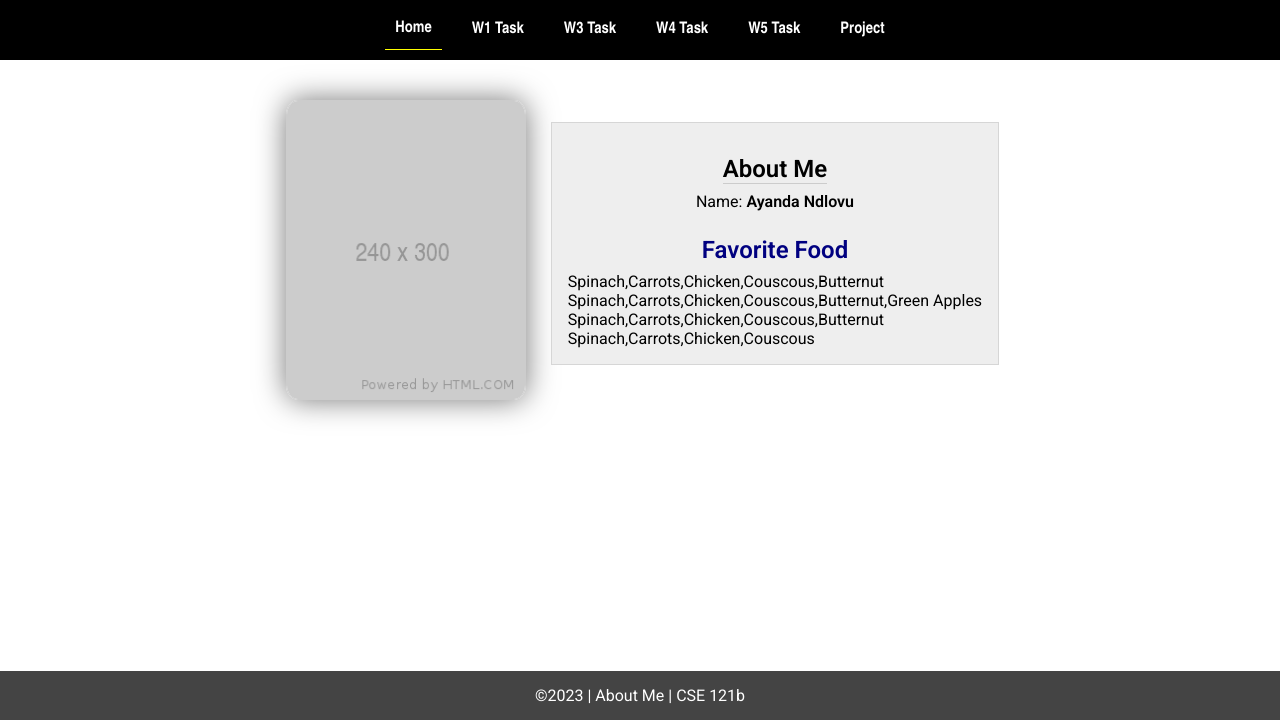
Repository: mszakutumela/cse121b
Page: index.html
An editor plug-in stored every save of this project. The page is shown before and after the next save, followed by the edit.
The browser window is 1280 px wide. The pictures show the whole page.

Above is the page before, as saved 2023-10-07 15:26:24.

### index.html
<!DOCTYPE html>
<html lang="en">

<head>
  <meta charset="UTF-8">
  <meta name="viewport" content="width=device-width, initial-scale=1.0">
  <title>About Me | CSE 121b | W02: Programming Tasks</title>
  <link rel="preconnect" href="https://fonts.googleapis.com">
  <link rel="preconnect" href="https://fonts.gstatic.com" crossorigin>
  <link href="https://fonts.googleapis.com/css2?family=Roboto:wght@400;600&display=swap"
    rel="stylesheet">
  <link rel="stylesheet" href="styles/main.css">
</head>

<body>
  <nav>
    <ul id="menu">
      <li><a id="toggleMenu">&equiv;</a></li>
      <li><a href="index.html" class="active">Home</a></li>
      <li><a href="w01-task.html">W1 Task</a></li>
      <li><a href="w03-task.html">W3 Task</a></li>
      <li><a href="w04-task.html">W4 Task</a></li>
      <li><a href="w05-task.html">W5 Task</a></li>
      <li><a href="project.html">Project</a></li>
    </ul>
  </nav>
  <main id="home">
    <picture>
      <!-- <img src="images/20221109_183304.jpg" alt="Image_of_Me"> you must not change anything in this document-->
      <img src="images/placeholder.png" alt="Placeholder Image">
    </picture>
    <section>
      <h1>About Me</h1>
      <div class="info">Name: <span id="name"></span></div>
      <h2>Favorite Food</h2>
      <div class="block" id="food"></div>
    </section>
  </main>
  <footer>
    &copy;<span id="year"></span> | About Me | CSE 121b
  </footer>
  <script src="scripts/main.js"></script>
  <script src="scripts/w02-task.js"></script>
</body>

</html>

### styles/main.css
/* Universal Selector */
* {
    margin: 0;
    padding: 0;
    box-sizing: border-box;
}

/* HTML Selectors */
body {
    font-family: 'Roboto', Helvetica, sans-serif;
}

nav {
    background-color: black;
    width: 100%;
    position: fixed;
    top: 0;
}

nav ul {
    display: flex;
    flex-direction: column;
    align-items: center;
    max-width: -moz-fit-content;
    max-width: fit-content;
    margin: 0 auto;
}

nav ul li {
    flex: 1 1 auto;
}

nav ul li:first-child {
    display: block;
    font-size: 2rem;
}

nav ul li:first-child a {
    padding: 1px 10px;
}

nav ul li {
    display: none;
    list-style: none;
    margin: 10px;
}

nav ul li a {
    display: block;
    padding: 10px;
    text-decoration: none;
    font-weight: 600;
    color: white;
    text-align: center;
    font-family: 'Arial Narrow', Arial, sans-serif;
}

nav ul li a:hover {
    background-color: #efefef;
    color: black;
}

h1,
h2 {
    text-align: center;
    margin: 1rem 0 .5rem;
}

h1 {
    border-bottom: 1px solid #ccc;
}

#gridly h1 {
    margin-top: 80px;
}

h2 {
    font-size: 1.5rem;
    color: navy;
    text-align: center;
    margin-top: 25px;
}

h3 {
    font-size: 1.3rem;
    margin-bottom: 1rem;
}

header {
    margin-top: 70px;
}

picture {
    margin: 0 auto;
}

picture img {
    width: 240px;
    height: auto;
    border-radius: 5%;
    border: 1px solid #ccc;
    box-shadow: 0 0 30px #777;
}

section {
    display: flex;
    flex-direction: column;
    align-items: center;
    margin: 0 auto 1rem;
    border: 1px solid rgba(0, 0, 0, .1);
    padding: 1rem;
    background-color: #eee;
}

article {
    margin-bottom: 1rem;
}

article div {
    margin-bottom: .5rem;
    text-align: right;
}

label {
    padding: .35rem;
}

input {
    padding: .35rem;
}

input[type="button"] {
    padding: .5rem;
    background-color: #444;
    color: white;
    border: none;
    border-radius: 5px;
    cursor: pointer;
    width: 100%
}

input[type="checkbox"] {
    width: 25px;
    height: 25px;
}

dt {
    font-weight: 700;
}

dt::before {
    content: "🏘️ ";
}

dd {
    margin: 0 0 .5rem 2rem;
    font-size: smaller;
}

footer {
    background-color: #444;
    color: white;
    padding: 15px;
    text-align: center;
    width: 100%;
    position: fixed;
    bottom: 0;
}

/* Class Selectors */
.active {
    border-bottom: 1px solid yellow;
}

.open li {
    display: block;
}

.block {
    display: block;
}

.larger {
    font-size: larger;
    color: red;
}

.right {
    width: 100%;
    text-align: right;
}

.middle {
    display: flex;
    align-items: center;
    justify-content: right;
    gap: 1rem;
}

/* ID Selectors */

#home {
    margin-top: 125px;
    display: grid;
    grid-template-columns: 1fr;
    grid-gap: 20px;
    align-items: center;
    justify-content: center;
}


#section1 {
    background-color: rgb(225, 250, 225, .5);
}

#section2 {
    background-color: rgba(200, 200, 250, 0.5);

}

#section2 div {
    margin-bottom: 1rem;
}

#section3 {
    background-color: rgb(250, 225, 250, .5);
}

#sortBy {
    appearance: none;
    display: flex;
    padding: .5rem;
    background-color: #eee;
    color: #444;
    font-weight: 700;
    margin: 1rem auto;
    width: 200px;
    border: 1px solid rgba(0, 0, 0, .2);
    text-align: center;
}

#sortBy option:disabled {
    font-style: italic;
    padding: 1rem;
    background-color: #111;
    color: #eee;
}

#temples {
    display: grid;
    grid-template-columns: repeat(auto-fit, minmax(320px, 1fr));
    grid-gap: .5rem;
    align-items: center;
    margin-bottom: 3rem;
}

#temples article {
    height: 250px;
    margin: .5rem;
    border: 1px solid rgba(0, 0, 0, .1);
    padding: 1rem;
    background-color: #eee;
    display: flex;
    flex-direction: column;
    align-items: center;
    justify-content: center;
}

#temples h4 {
    color: navy;
    font-size: smaller;
}


#temples img {
    width: 250px;
    height: auto;
    box-shadow: 0 0 30px #777;
    margin: .5rem;
}

/* Media Queries */
@media only screen and (min-width: 32.5em) {
    nav ul {
        flex-direction: row;
    }

    nav ul li:first-child {
        display: none;
    }

    nav ul li {
        display: block;
    }

    section {
        min-width: 300px;
    }

    #home {
        margin: 100px auto 20px;
        grid-template-columns: 250px 1fr;
        max-width: -moz-fit-content;
        max-width: fit-content;
    }

    #task3 {
        display: grid;
        grid-template-columns: 1fr 1fr;
        grid-gap: 5px;
        margin: 0 auto;
        max-width: 950px;
    }

}

### scripts/w02-task.js
/* W02-Task - Profile Home Page */

/* Step 1 - Setup type tasks - no code required */

/* Step 2 - Variables */
let fullName = "Ayanda Ndlovu";
let currentYear = new Date().getFullYear();
const profilePicture = "images/20221109_183304.jpg"

/* Step 3 - Element Variables */
const nameElement = document.getElementById('name');
const foodElement = document.getElementById('food');
const yearElement = document.querySelector('#year');
const imageElement = document.querySelector('img');

/* Step 4 - Adding Content */
nameElement.innerHTML = `<strong>${fullName}</strong>`;
yearElement.textContent = `${currentYear}`;
imageElement.setAttribute('scr', profilePicture);
imageElement.setAttribute('alt', `Profile image of ${fullName}`);
imageElement.setAttribute('title', profilePicture);

/* Step 5 - Array */
let favoriteFoods = ['Spinach', 'Carrots', 'Chicken', 'Couscous', 'Butternut'];
foodElement.innerHTML = `${favoriteFoods}`;
let anotherSingleFood = ['Green Apples'];
favoriteFoods.push(anotherSingleFood);
foodElement.innerHTML += `<br>${favoriteFoods}`;
favoriteFoods.pop(0, 1);
foodElement.innerHTML += `<br>${favoriteFoods}`;
favoriteFoods.pop();
foodElement.innerHTML += `<br>${favoriteFoods}`;

Loaded but not shown: scripts/main.js (common file)

After the next save:
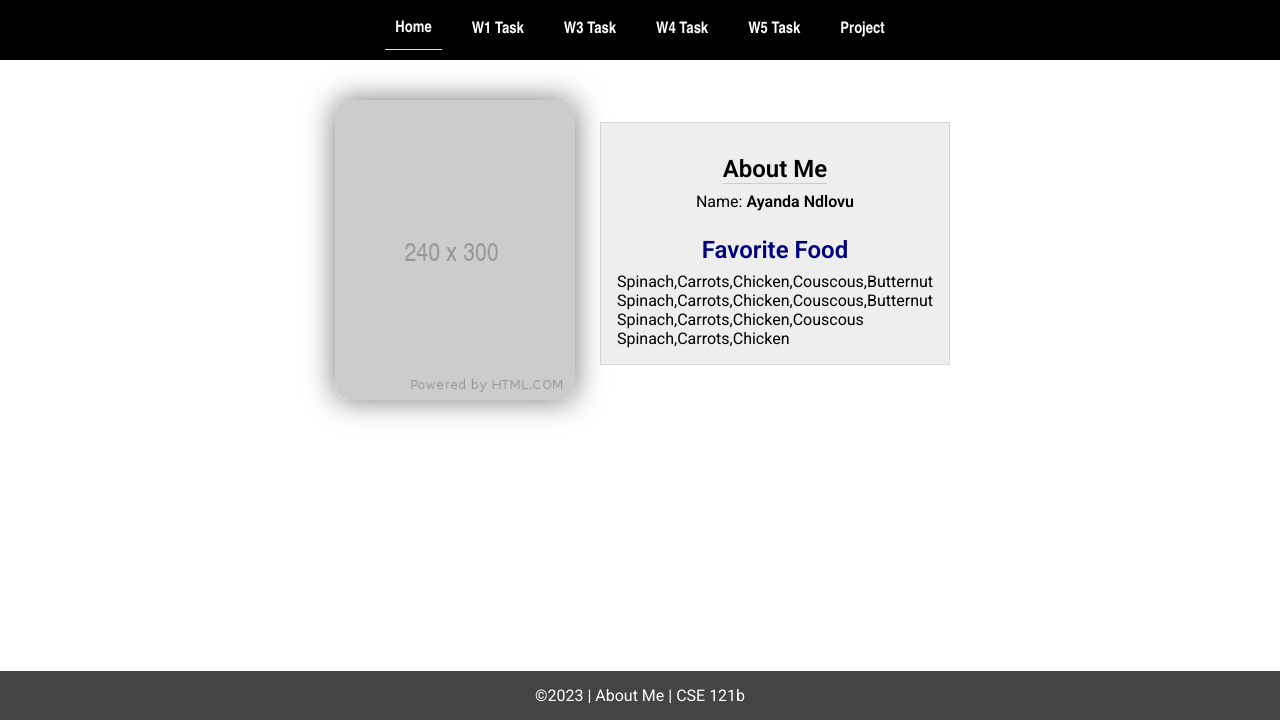
Saved 16 s later.
--- a/scripts/w02-task.js
+++ b/scripts/w02-task.js
@@ -24,7 +24,7 @@
 let favoriteFoods = ['Spinach', 'Carrots', 'Chicken', 'Couscous', 'Butternut'];
 foodElement.innerHTML = `${favoriteFoods}`;
 let anotherSingleFood = ['Green Apples'];
-favoriteFoods.push(anotherSingleFood);
+// favoriteFoods.push(anotherSingleFood);
 foodElement.innerHTML += `<br>${favoriteFoods}`;
 favoriteFoods.pop(0, 1);
 foodElement.innerHTML += `<br>${favoriteFoods}`;

After the save that followed:
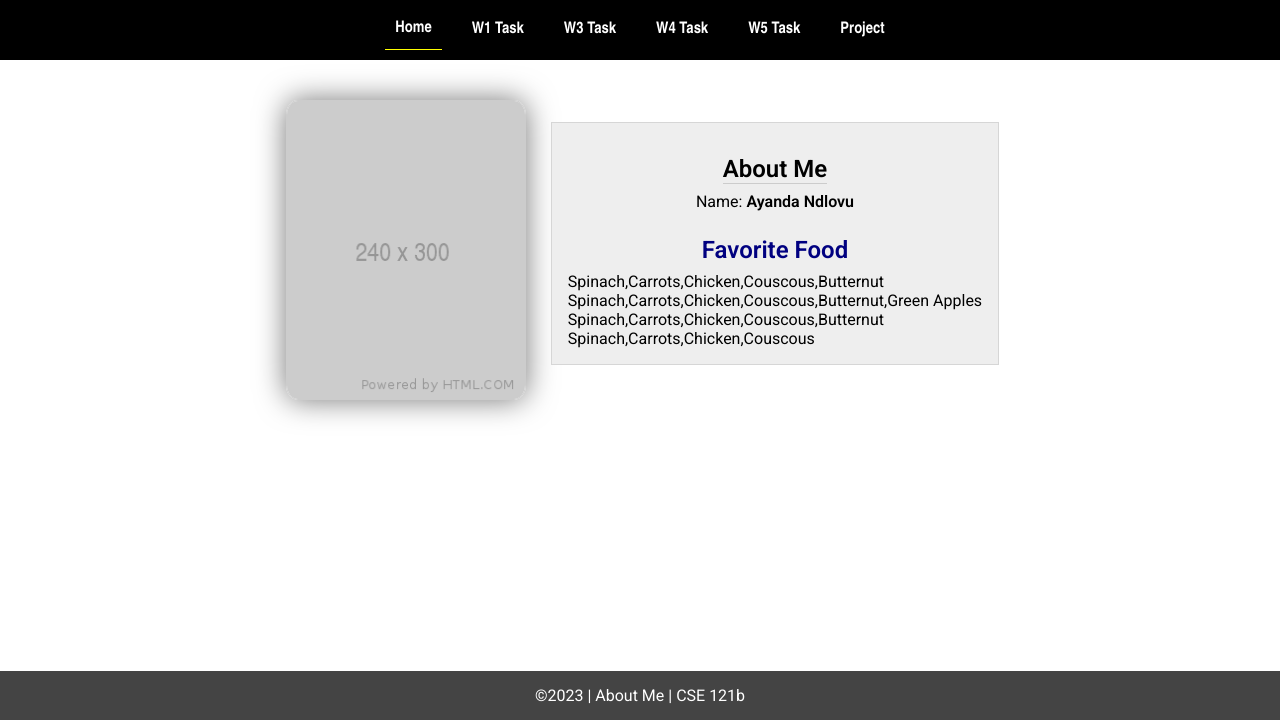
Saved 4 s later.
--- a/scripts/w02-task.js
+++ b/scripts/w02-task.js
@@ -24,7 +24,7 @@
 let favoriteFoods = ['Spinach', 'Carrots', 'Chicken', 'Couscous', 'Butternut'];
 foodElement.innerHTML = `${favoriteFoods}`;
 let anotherSingleFood = ['Green Apples'];
-// favoriteFoods.push(anotherSingleFood);
+favoriteFoods.push(anotherSingleFood);
 foodElement.innerHTML += `<br>${favoriteFoods}`;
 favoriteFoods.pop(0, 1);
 foodElement.innerHTML += `<br>${favoriteFoods}`;
